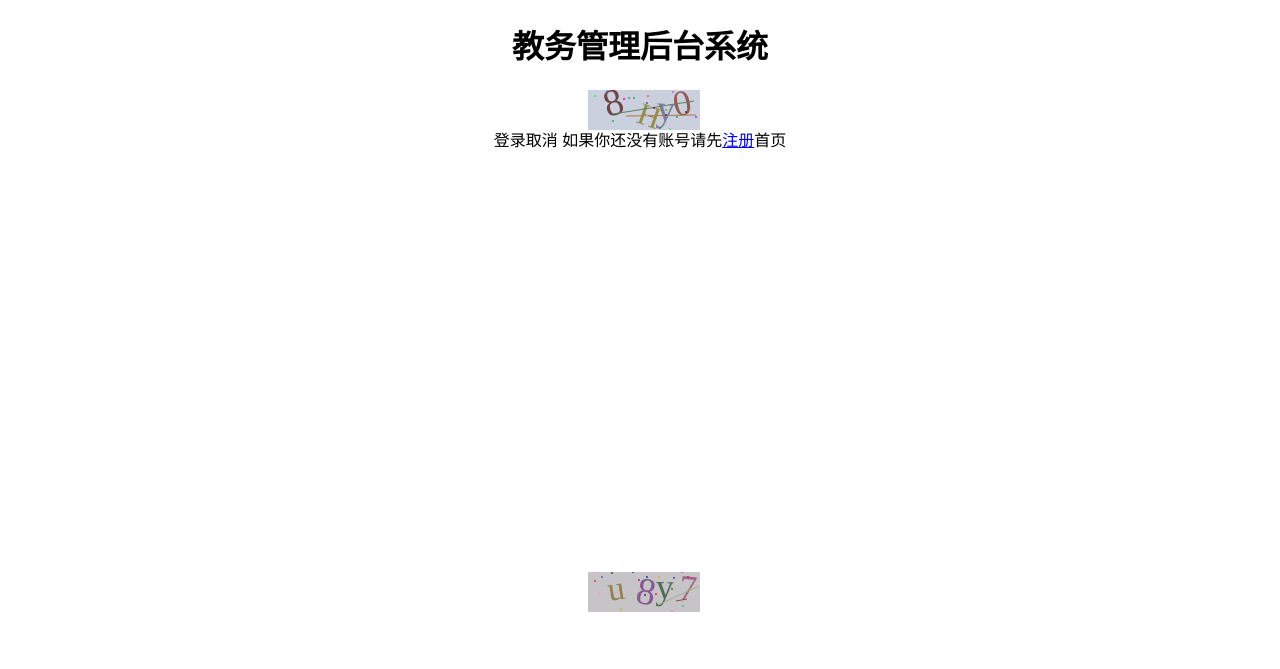
Repository: songlin-q/EducationalAdministrationSysTem
Page: / (app in EducationalAdministrationSystemUI/educationsystem/)
An editor plug-in stored every save of this project. The page is shown before and after a run of saves, followed by the edit.
The browser window is 1280 px wide. The pictures show the whole page.
The project was rebuilt for these pictures with package versions that can differ from the ones it lists, and the page was loaded fresh each time. Also part of the build but not shown: EducationalAdministrationSystemUI/educationsystem/vue.config.js, EducationalAdministrationSystemUI/educationsystem/src/components/HelloWorld.vue, EducationalAdministrationSystemUI/educationsystem/src/components/MainInfo.vue.

Above is the page before, as saved 2022-05-20 09:42:05.

### EducationalAdministrationSystemUI/educationsystem/src/main.js

import { createApp } from 'vue'
import ElementPlus from 'element-plus'
import 'element-plus/dist/index.css'
import App from './App.vue'
import './assets/css/global.css'//引入全局样式表
import router from './routers'//导入路由
var app=createApp(App);
app.mount('#app')
app.use(ElementPlus);
app.use(router);

### EducationalAdministrationSystemUI/educationsystem/src/App.vue
<template>
  <HelloWorld />
</template>

<script>
import HelloWorld from "./components/LoginInfo.vue";

export default {
  name: "App",
  components: {
    HelloWorld,
  },
};
</script>

<style>
#app {
  font-family: Avenir, Helvetica, Arial, sans-serif;
  -webkit-font-smoothing: antialiased;
  -moz-osx-font-smoothing: grayscale;
  text-align: center;
  color: #2c3e50;
  margin-top: 60px;
}
</style>

### EducationalAdministrationSystemUI/educationsystem/src/assets/css/global.css
/* 全局样式表 */
html,
body,
#app {
    height: 100%;
    margin: 0;
    padding: 0;
    color: black;
}

### EducationalAdministrationSystemUI/educationsystem/src/routers.js
import { createWebHistory, createRouter } from 'vue-router'//导入路由
import HelloWorld from '@/components/HelloWorld.vue'
import MainInfo from '@/components/MainInfo.vue'
import LoginInfo from '@/components/LoginInfo.vue'
//定义路由
const routes = [{
    path: '/',//组件一，path和component可以乱写，
                       //只要保持path与前面to，component和import两处相同即可
    component: LoginInfo
},
{
    path: '/Reedit',//组件一，path和component可以乱写，
                       //只要保持path与前面to，component和import两处相同即可
    component: MainInfo
}
]
const router = createRouter({
    history: createWebHistory(),
    routes
  })

  export default router

### EducationalAdministrationSystemUI/educationsystem/src/components/LoginInfo.vue
<template>
  <div style="width: 100%; height: 100%" id="bcdiv">
    <el-row
      class="row-bg"
      justify="space-evenly"
      align="middle"
      style="height: 100%"
    >
      <el-col :span="8"
        ><div class="grid-content bg-purple">
          <el-row style="width: 100%" justify="space-evenly">
            <h1>教务管理后台系统</h1>
          </el-row>
          <!-- 头像显示 -->
          <el-row>
            <el-col justify="space-evenly" style="width: 100%">
              <div class="demo-basic--circle">
                <div class="block">
                  <el-avatar :size="200" :src="circleUrl" />
                </div>
              </div>
            </el-col>
          </el-row>
          <!-- 用户名、密码输入框 -->
          <el-row style="width: 100%" justify="space-evenly">
            <el-form>
              <el-form-item label="用户名" class="colors">
                <el-input v-model="longname" placeholder="Please input" />
              </el-form-item>
              <el-form-item label="密&nbsp;&nbsp;&nbsp;&nbsp;码" class="colors">
                <el-input
                  v-model="password"
                  placeholder="Please input"
                  show-password
                />
              </el-form-item>
              <el-form-item label="验证码" class="colors">
                <el-input v-model="code" placeholder="请输入验证码" />
                <span @click.stop="refreshCode" style="cursor: pointer">
                  <s-identify :identifyCode="identifyCode"></s-identify>
                </span>
              </el-form-item>
              <!-- 按钮 -->
              <el-form-item>
                <el-button type="primary" @click="login">登录</el-button>

                <el-button @click="cancel">取消</el-button>
              </el-form-item>
              <el-form-item>
                如果你还没有账号请先<a href="#" @click="dialogVisible = true"
                  >注册</a
                >
              </el-form-item>
            </el-form>
          </el-row>
          <router-link to="/Reedit">首页</router-link>
          <router-view></router-view></div
      ></el-col>
    </el-row>

    <el-dialog
      v-model="dialogVisible"
      title="注册"
      width="30%"
      :before-close="handleClose"
    >
      <span>
        <el-form :model="userInfo">
          <el-form-item label="用户名" class="colors">
            <el-input v-model="userInfo.username" placeholder="Please input" />
          </el-form-item>
          <el-form-item label="密&nbsp;&nbsp;&nbsp;&nbsp;码" class="colors">
            <el-input
              v-model="userInfo.userPassword"
              placeholder="Please input"
              show-password
            />
          </el-form-item>
          <el-form-item label="邮&nbsp;&nbsp;&nbsp;&nbsp;箱" class="colors">
            <el-input v-model="userInfo.userEmail" placeholder="Please input" />
          </el-form-item>
          <el-form-item label="手机号" class="colors">
            <el-input v-model="userInfo.userTel" placeholder="Please input" />
          </el-form-item>
          <el-form-item label="验证码" class="colors">
            <el-input v-model="userInfo.userCode" placeholder="请输入验证码" />
            <span @click.stop="refreshCode2" style="cursor: pointer">
              <SIdentify2 :identifyCode="regeditidentifyCode"></SIdentify2>
            </span>
          </el-form-item>
        </el-form>
      </span>
      <template #footer>
        <span class="dialog-footer">
          <el-button @click="dialogVisible = false">取消</el-button>
          <el-button type="primary" @click="regeditsFun">注册</el-button>
        </span>
      </template>
    </el-dialog>
  </div>
</template>

<script>
import logoUrl from "../assets/Head.jpg";
import { ref } from "vue";
//这里验证码的组件使用的最笨的方法，后续优化的话可以只使用一个组件，将ID传入到父组件中就可以了
import SIdentify from "../components/Identity/IdentityCode.vue";
import SIdentify2 from "../components/Identity/IdentityCode2.vue";
export default {
  data() {
    return {
      longname: "张三",
      password: "123456",
      email: "442534979@qq.com",
      code: "",
      regeditcode: "",
      circleUrl: logoUrl,
      phone: "15356479454",
      dialogVisible: ref(false), //弹出层的使用
      // 图片验证码

      identifyCode: "8Hy0", //默认值
      regeditidentifyCode: "u8y7", //注册验证码
      // 验证码规则
      identifyCodes: "3456789ABCDEFGHGKMNPQRSTUVWXY",
      //创建一个用户类
      userInfo: {
        username: "李四",
        userTel: "18737890098",
        userEmail: "18737890098@q63.com",
        userCode: "",
        userPassword: "lisi",
      },
    };
  },
  components: {
    SIdentify,
    SIdentify2,
  },
  methods: {
    //登录方法
    login() {
      if (this.identifyCode == this.code) {
        this.$router.push({
          path: "/Reedit",
        });
      } else {
        alert("你输入的验证码不正确!");
      }
    },
    //取消方法
    cancel() {
      alert("你已经取消登录!");
    },
    // 切换验证码
    refreshCode() {
      this.identifyCode = "";

      this.makeCode(this.identifyCodes, 4);
    },
    refreshCode2() {
      this.regeditidentifyCode = "";

      this.makeCode2(this.identifyCodes, 4);
    },
    // 生成随机验证码
    makeCode(o, l) {
      for (let i = 0; i < l; i++) {
        this.identifyCode +=
          this.identifyCodes[
            Math.floor(Math.random() * (this.identifyCodes.length - 0) + 0)
          ];
      }
    },
    makeCode2(o, l) {
      for (let i = 0; i < l; i++) {
        this.regeditidentifyCode +=
          this.identifyCodes[
            Math.floor(Math.random() * (this.identifyCodes.length - 0) + 0)
          ];
      }
    },

    //注册方法
    regeditsFun() {
      alert("你已经在注册了");
      this.dialogVisible = false;
    },
  },
};
</script>
<style>
#bcdiv {
  /* background-image: url(../assets/background.jpeg); */
  width: 100%;
  height: 100%;
  position: fixed;
  background-size: 100% 100%;
}
#LoginMainDiv {
  width: 30%;
  height: 50%;
  background-color: aqua;
}
.colors .el-form-item__label {
  color: black;
}
.demo-basic {
  text-align: center;
}
.el-row {
  margin-bottom: 1.25rem;
}
.el-row:last-child {
  margin-bottom: 0;
}
.el-col {
  border-radius: 0.25rem;
  /* background-color: antiquewhite; */
}

.bg-purple {
  height: 34.375rem;
}
.grid-content {
  border-radius: 0.25rem;
  min-height: 2.25rem;
}
</style>

### EducationalAdministrationSystemUI/educationsystem/src/components/Identity/IdentityCode.vue
<template>
  <div class="s-canvas">
    <canvas
      id="s-canvas"
      :width="contentWidth"
      :height="contentHeight"
    ></canvas>
  </div>
</template>
<script>
export default {
  name: "SIdentify",

  props: {
    identifyCode: {
      type: String,
      default: "1234",
    },

    fontSizeMin: {
      type: Number,
      default: 28,
    },
    fontSizeMax: {
      type: Number,
      default: 40,
    },
    backgroundColorMin: {
      type: Number,
      default: 180,
    },
    backgroundColorMax: {
      type: Number,
      default: 240,
    },
    colorMin: {
      type: Number,
      default: 50,
    },
    colorMax: {
      type: Number,
      default: 160,
    },
    lineColorMin: {
      type: Number,
      default: 40,
    },
    lineColorMax: {
      type: Number,
      default: 180,
    },
    dotColorMin: {
      type: Number,
      default: 0,
    },
    dotColorMax: {
      type: Number,
      default: 255,
    },
    contentWidth: {
      type: Number,
      default: 112,
    },
    contentHeight: {
      type: Number,
      default: 40,
    },
  },
  methods: {
    // 生成一个随机数
    randomNum(min, max) {
      return Math.floor(Math.random() * (max - min) + min);
    },
    // 生成一个随机的颜色
    randomColor(min, max) {
      var r = this.randomNum(min, max);
      var g = this.randomNum(min, max);
      var b = this.randomNum(min, max);
      return "rgb(" + r + "," + g + "," + b + ")";
    },
    drawPic() {
      var canvas = document.getElementById("s-canvas");
      var ctx = canvas.getContext("2d");
      ctx.textBaseline = "bottom";
      // 绘制背景
      ctx.fillStyle = this.randomColor(
        this.backgroundColorMin,
        this.backgroundColorMax
      );
      ctx.fillRect(0, 0, this.contentWidth, this.contentHeight);
      // 绘制文字
      for (let i = 0; i < this.identifyCode.length; i++) {
        this.drawText(ctx, this.identifyCode[i], i);
      }
      this.drawLine(ctx);
      this.drawDot(ctx);
    },
    drawText(ctx, txt, i) {
      ctx.fillStyle = this.randomColor(this.colorMin, this.colorMax);
      ctx.font =
        this.randomNum(this.fontSizeMin, this.fontSizeMax) + "px SimHei";
      var x = (i + 1) * (this.contentWidth / (this.identifyCode.length + 1));
      var y = this.randomNum(this.fontSizeMax, this.contentHeight - 5);
      var deg = this.randomNum(-30, 30);
      // 修改坐标原点和旋转角度
      ctx.translate(x, y);
      ctx.rotate((deg * Math.PI) / 270);
      ctx.fillText(txt, 0, 0);
      // 恢复坐标原点和旋转角度
      ctx.rotate((-deg * Math.PI) / 270);
      ctx.translate(-x, -y);
    },
    drawLine(ctx) {
      // 绘制干扰线
      for (let i = 0; i < 2; i++) {
        ctx.strokeStyle = this.randomColor(
          this.lineColorMin,
          this.lineColorMax
        );
        ctx.beginPath();
        ctx.moveTo(
          this.randomNum(0, this.contentWidth),
          this.randomNum(0, this.contentHeight)
        );
        ctx.lineTo(
          this.randomNum(0, this.contentWidth),
          this.randomNum(0, this.contentHeight)
        );
        ctx.stroke();
      }
    },
    drawDot(ctx) {
      // 绘制干扰点
      for (let i = 0; i < 20; i++) {
        ctx.fillStyle = this.randomColor(0, 255);
        ctx.beginPath();
        ctx.arc(
          this.randomNum(0, this.contentWidth),
          this.randomNum(0, this.contentHeight),
          1,
          0,
          2 * Math.PI
        );
        ctx.fill();
      }
    },
  },
  watch: {
    identifyCode() {
      this.drawPic();
    },
  },
  mounted() {
    this.drawPic();
  },
};
</script>
<style scoped>
.s-canvas {
  height: 38px;
}
.s-canvas canvas {
  margin-top: 1px;
  margin-left: 8px;
}
</style>

### EducationalAdministrationSystemUI/educationsystem/src/components/Identity/IdentityCode2.vue
<template>
  <div class="s-canvas">
    <canvas
      id="s-canvas2"
      :width="contentWidth"
      :height="contentHeight"
    ></canvas>
  </div>
</template>
<script>
export default {
  name: "SIdentify",

  props: {
    identifyCode: {
      type: String,
      default: "1234",
    },

    fontSizeMin: {
      type: Number,
      default: 28,
    },
    fontSizeMax: {
      type: Number,
      default: 40,
    },
    backgroundColorMin: {
      type: Number,
      default: 180,
    },
    backgroundColorMax: {
      type: Number,
      default: 240,
    },
    colorMin: {
      type: Number,
      default: 50,
    },
    colorMax: {
      type: Number,
      default: 160,
    },
    lineColorMin: {
      type: Number,
      default: 40,
    },
    lineColorMax: {
      type: Number,
      default: 180,
    },
    dotColorMin: {
      type: Number,
      default: 0,
    },
    dotColorMax: {
      type: Number,
      default: 255,
    },
    contentWidth: {
      type: Number,
      default: 112,
    },
    contentHeight: {
      type: Number,
      default: 40,
    },
  },
  methods: {
    // 生成一个随机数
    randomNum(min, max) {
      return Math.floor(Math.random() * (max - min) + min);
    },
    // 生成一个随机的颜色
    randomColor(min, max) {
      var r = this.randomNum(min, max);
      var g = this.randomNum(min, max);
      var b = this.randomNum(min, max);
      return "rgb(" + r + "," + g + "," + b + ")";
    },
    drawPic() {
      var canvas = document.getElementById("s-canvas2");
      var ctx = canvas.getContext("2d");
      ctx.textBaseline = "bottom";
      // 绘制背景
      ctx.fillStyle = this.randomColor(
        this.backgroundColorMin,
        this.backgroundColorMax
      );
      ctx.fillRect(0, 0, this.contentWidth, this.contentHeight);
      // 绘制文字
      for (let i = 0; i < this.identifyCode.length; i++) {
        this.drawText(ctx, this.identifyCode[i], i);
      }
      this.drawLine(ctx);
      this.drawDot(ctx);
    },
    drawText(ctx, txt, i) {
      ctx.fillStyle = this.randomColor(this.colorMin, this.colorMax);
      ctx.font =
        this.randomNum(this.fontSizeMin, this.fontSizeMax) + "px SimHei";
      var x = (i + 1) * (this.contentWidth / (this.identifyCode.length + 1));
      var y = this.randomNum(this.fontSizeMax, this.contentHeight - 5);
      var deg = this.randomNum(-30, 30);
      // 修改坐标原点和旋转角度
      ctx.translate(x, y);
      ctx.rotate((deg * Math.PI) / 270);
      ctx.fillText(txt, 0, 0);
      // 恢复坐标原点和旋转角度
      ctx.rotate((-deg * Math.PI) / 270);
      ctx.translate(-x, -y);
    },
    drawLine(ctx) {
      // 绘制干扰线
      for (let i = 0; i < 2; i++) {
        ctx.strokeStyle = this.randomColor(
          this.lineColorMin,
          this.lineColorMax
        );
        ctx.beginPath();
        ctx.moveTo(
          this.randomNum(0, this.contentWidth),
          this.randomNum(0, this.contentHeight)
        );
        ctx.lineTo(
          this.randomNum(0, this.contentWidth),
          this.randomNum(0, this.contentHeight)
        );
        ctx.stroke();
      }
    },
    drawDot(ctx) {
      // 绘制干扰点
      for (let i = 0; i < 20; i++) {
        ctx.fillStyle = this.randomColor(0, 255);
        ctx.beginPath();
        ctx.arc(
          this.randomNum(0, this.contentWidth),
          this.randomNum(0, this.contentHeight),
          1,
          0,
          2 * Math.PI
        );
        ctx.fill();
      }
    },
  },
  watch: {
    identifyCode() {
      this.drawPic();
    },
  },
  mounted() {
    this.drawPic();
  },
};
</script>
<style scoped>
.s-canvas {
  height: 38px;
}
.s-canvas canvas {
  margin-top: 1px;
  margin-left: 8px;
}
</style>

Loaded but not shown: EducationalAdministrationSystemUI/educationsystem/public/index.html (common file)

After the next 8 saves:
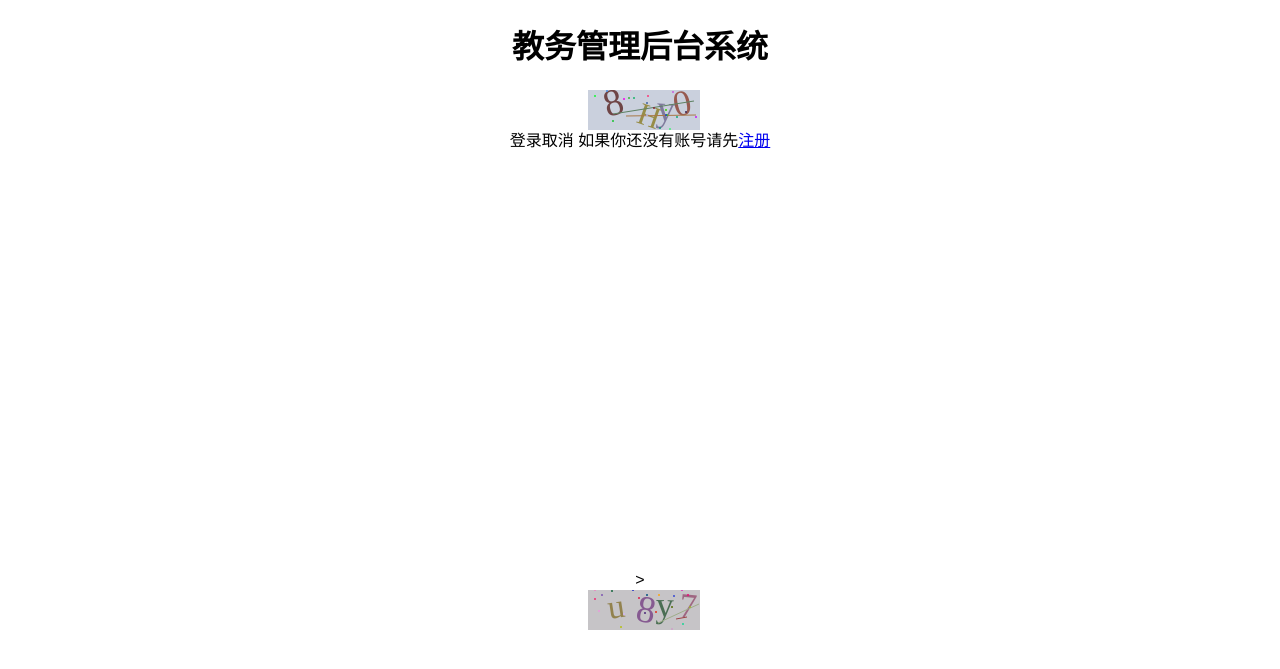
The 8 saves are shown as one change because they came seconds apart.
The last was saved 31 s later.
--- a/EducationalAdministrationSystemUI/educationsystem/src/components/LoginInfo.vue
+++ b/EducationalAdministrationSystemUI/educationsystem/src/components/LoginInfo.vue
@@ -53,9 +53,12 @@
               </el-form-item>
             </el-form>
           </el-row>
-          <router-link to="/Reedit">首页</router-link>
-          <router-view></router-view></div
-      ></el-col>
+          <!-- <router-link to="/Reedit">首页</router-link>
+          <router-view></router-view>
+          -->
+        </div>
+        ></el-col
+      >
     </el-row>
 
     <el-dialog
